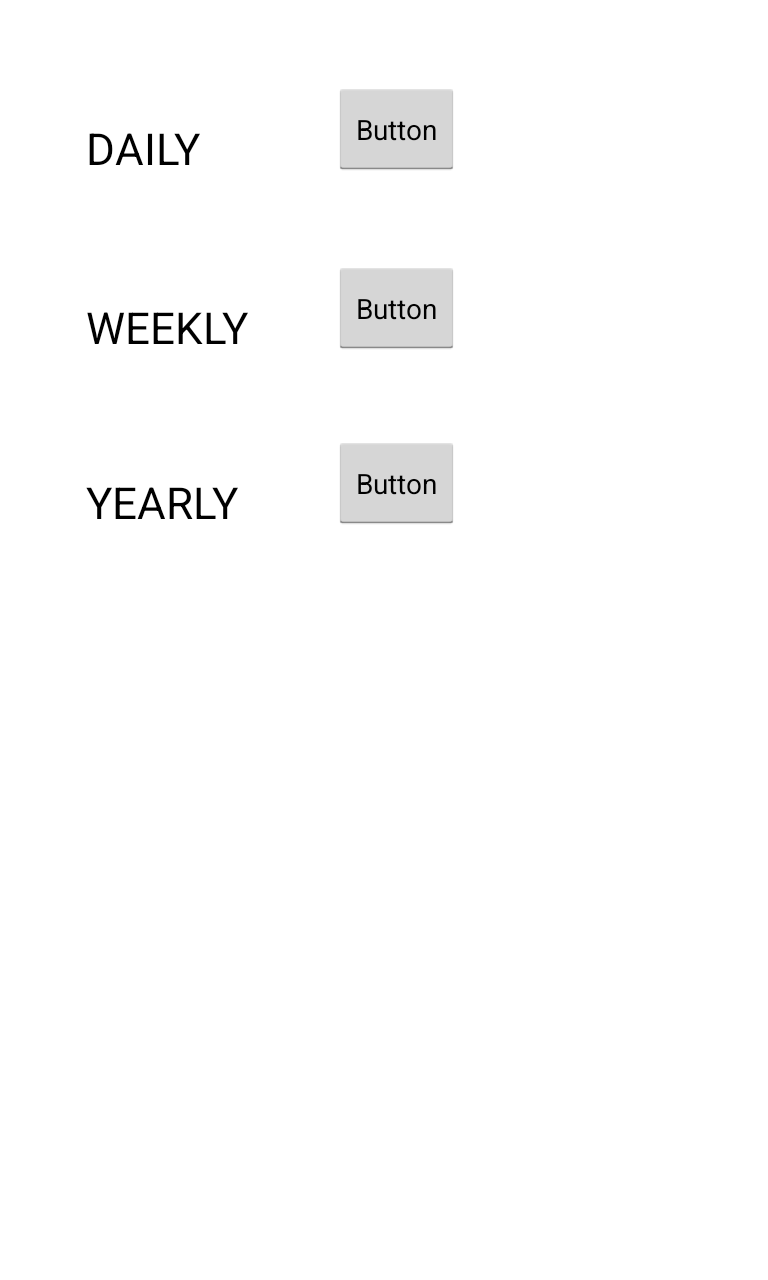
Repository: satyadarls/ToDo
Layout: ToDo/res/layout/activity_main.xml
The author's editor kept a copy of each file at every save. The layout is drawn from the files as they stood at one save, then again after the next save.
It is drawn on a 768 x 1280 px phone screen (xhdpi) without system bars, with theme AppTheme; the app's code is not run.

Above is the layout before, as saved 2014-07-06 09:33:02.

### ToDo/res/layout/activity_main.xml
<?xml version="1.0" encoding="utf-8"?>
<RelativeLayout xmlns:android="http://schemas.android.com/apk/res/android"
    android:layout_width="match_parent"
    android:layout_height="match_parent" >

    <TextView
        android:id="@+id/textView1"
        android:layout_width="wrap_content"
        android:layout_height="wrap_content"
        android:layout_alignParentLeft="true"
        android:layout_alignParentTop="true"
        android:layout_marginLeft="43dp"
        android:layout_marginTop="59dp"
        android:text="DAILY"
        android:textAppearance="?android:attr/textAppearanceLarge" />

    <Button
        android:id="@+id/button1"
        style="?android:attr/buttonStyleSmall"
        android:layout_width="wrap_content"
        android:layout_height="wrap_content"
        android:layout_alignBottom="@+id/textView1"
        android:layout_marginLeft="42dp"
        android:layout_toRightOf="@+id/textView2"
        android:text="Button" />

    <Button
        android:id="@+id/button2"
        style="?android:attr/buttonStyleSmall"
        android:layout_width="wrap_content"
        android:layout_height="wrap_content"
        android:layout_alignBottom="@+id/textView2"
        android:layout_alignLeft="@+id/button1"
        android:text="Button" />

    <TextView
        android:id="@+id/textView2"
        android:layout_width="wrap_content"
        android:layout_height="wrap_content"
        android:layout_alignLeft="@+id/textView1"
        android:layout_below="@+id/textView1"
        android:layout_marginTop="60dp"
        android:text="WEEKLY"
        android:textAppearance="?android:attr/textAppearanceLarge" />

    <TextView
        android:id="@+id/textView3"
        android:layout_width="wrap_content"
        android:layout_height="wrap_content"
        android:layout_alignLeft="@+id/textView2"
        android:layout_below="@+id/textView2"
        android:layout_marginTop="58dp"
        android:text="YEARLY"
        android:textAppearance="?android:attr/textAppearanceLarge" />

    <Button
        android:id="@+id/button3"
        style="?android:attr/buttonStyleSmall"
        android:layout_width="wrap_content"
        android:layout_height="wrap_content"
        android:layout_alignBottom="@+id/textView3"
        android:layout_alignRight="@+id/button2"
        android:text="Button" />

</RelativeLayout>

Loaded but not shown: ToDo/res/values/styles.xml (common file); ToDo/res/values-v11/styles.xml (common file); ToDo/res/values-v14/styles.xml (common file)

After the next save:
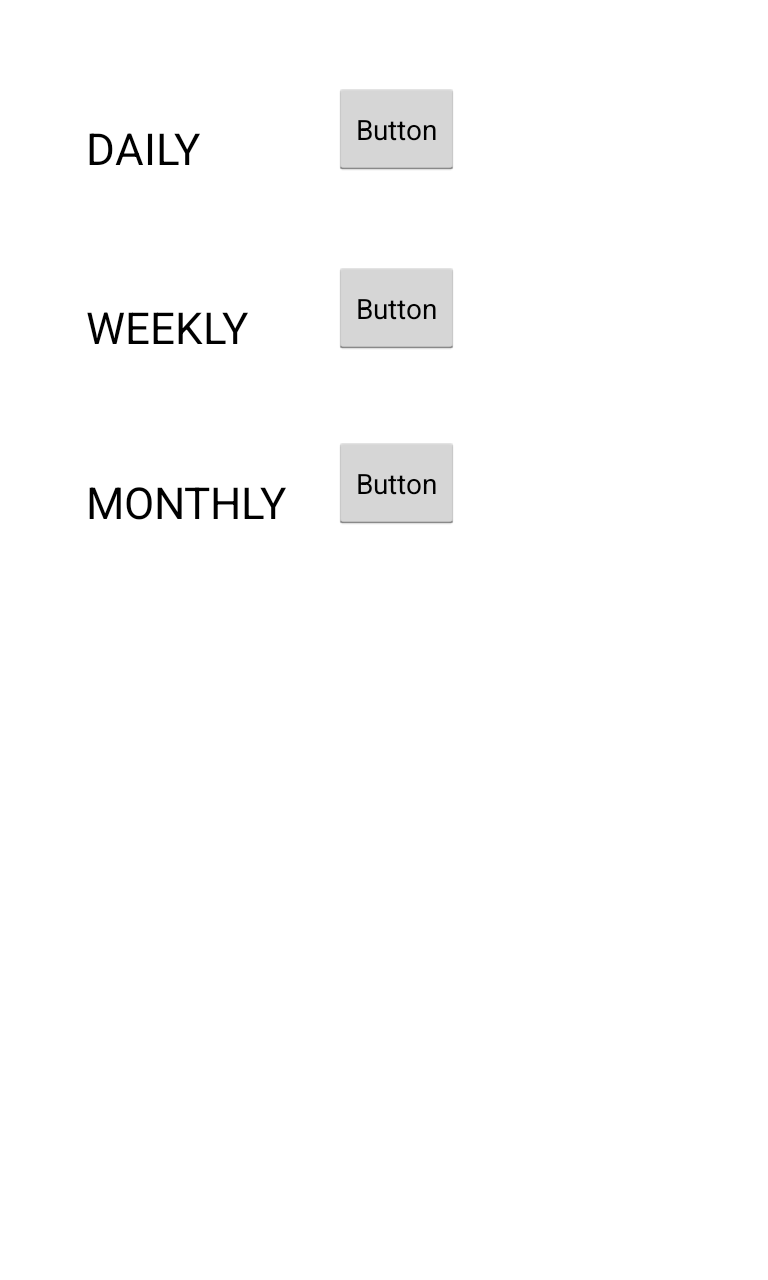
Saved 14 s later.
--- a/ToDo/res/layout/activity_main.xml
+++ b/ToDo/res/layout/activity_main.xml
@@ -50,7 +50,7 @@
         android:layout_alignLeft="@+id/textView2"
         android:layout_below="@+id/textView2"
         android:layout_marginTop="58dp"
-        android:text="YEARLY"
+        android:text="MONTHLY"
         android:textAppearance="?android:attr/textAppearanceLarge" />
 
     <Button
